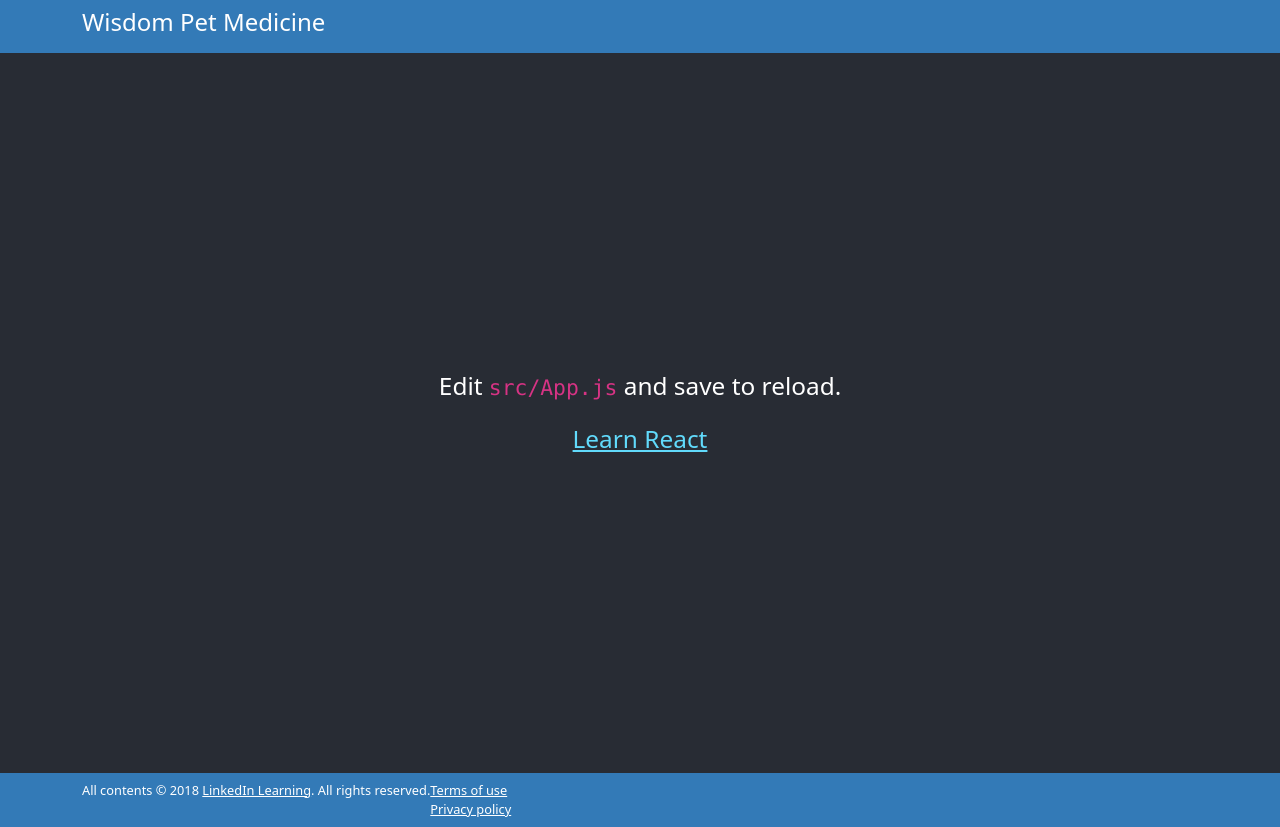
Repository: DevLuDaley/reactinterface
Page: /
The author's editor kept a copy of each file at every save. The page is drawn from the files as they stood at one save, then again after the next save.
The browser window is 1280 px wide. The pictures show the whole page.
The project was rebuilt for these pictures with package versions that can differ from the ones it lists, and the page was loaded fresh each time.

Above is the page before, as saved 2021-02-04 15:55:19.

### public/index.html
<!DOCTYPE html>
<html lang="en">
  <head>
    <meta charset="utf-8" />
    <link rel="icon" href="%PUBLIC_URL%/favicon.ico" />
    <meta name="viewport" content="width=device-width, initial-scale=1" />
    <meta name="theme-color" content="#000000" />
    <meta
      name="description"
      content="Web site created using create-react-app"
    />
    <link rel="apple-touch-icon" href="%PUBLIC_URL%/logo192.png" />
    <!--
      manifest.json provides metadata used when your web app is installed on a
      user's mobile device or desktop. See https://developers.google.com/web/fundamentals/web-app-manifest/
    -->
    <link rel="manifest" href="%PUBLIC_URL%/manifest.json" />
    <!--
      Notice the use of %PUBLIC_URL% in the tags above.
      It will be replaced with the URL of the `public` folder during the build.
      Only files inside the `public` folder can be referenced from the HTML.

      Unlike "/favicon.ico" or "favicon.ico", "%PUBLIC_URL%/favicon.ico" will
      work correctly both with client-side routing and a non-root public URL.
      Learn how to configure a non-root public URL by running `npm run build`.
    -->
    <title>React App</title>
  </head>
  <body>
    <noscript>You need to enable JavaScript to run this app.</noscript>
    <header class="container text-white">
      <h4 class="py-2">Wisdom Pet Medicine</h4>
    </header>

    <div id="root"></div>

    <footer class="container d-flex text-white py-2">
      <p>
        All contents &copy; 2018
        <a href="https://www.linkedin.com/learning">LinkedIn Learning</a>. All
        rights reserved.
      </p>
      <div class="ml-auto">
        <a class="d-block text-white" href="#">Terms of use</a>
        <a class="d-block text-white" href="#">Privacy policy</a>
      </div>
      <!-- col-md-6 -->
    </footer>
    <!-- footer -->
  </body>
</html>

### src/index.js
import React from 'react';
import ReactDOM from 'react-dom';
import 'bootstrap/dist/css/bootstrap.css'
import './css/index.css';
import App from './components/App';
import reportWebVitals from './reportWebVitals';
// import * as serviceWorker from './serviceWorker';
import 'jquery/dist/jquery'
import 'popper.js/dist/umd/popper'
import 'bootstrap/dist/js/bootstrap'

ReactDOM.render(
  <React.StrictMode>
    <App />
  </React.StrictMode>,
  document.getElementById('root')
);

// If you want to start measuring performance in your app, pass a function
// to log results (for example: reportWebVitals(console.log))
// or send to an analytics endpoint. Learn more: https://bit.ly/CRA-vitals
// serviceWorker.unregister()
reportWebVitals();

### src/components/App.js
// import logo from './logo.svg';
import '../css/App.css';

function App() {
  return (
    <div className="App">
      <header className="App-header">
        <p>
          Edit <code>src/App.js</code> and save to reload.
        </p>
        <a
          className="App-link"
          href="https://reactjs.org"
          target="_blank"
          rel="noopener noreferrer"
        >
          Learn React
        </a>
      </header>
    </div>
  );
}

export default App;

Loaded but not shown: src/css/index.css (common file); src/reportWebVitals.js (common file); src/css/App.css (common file)

After the next save:
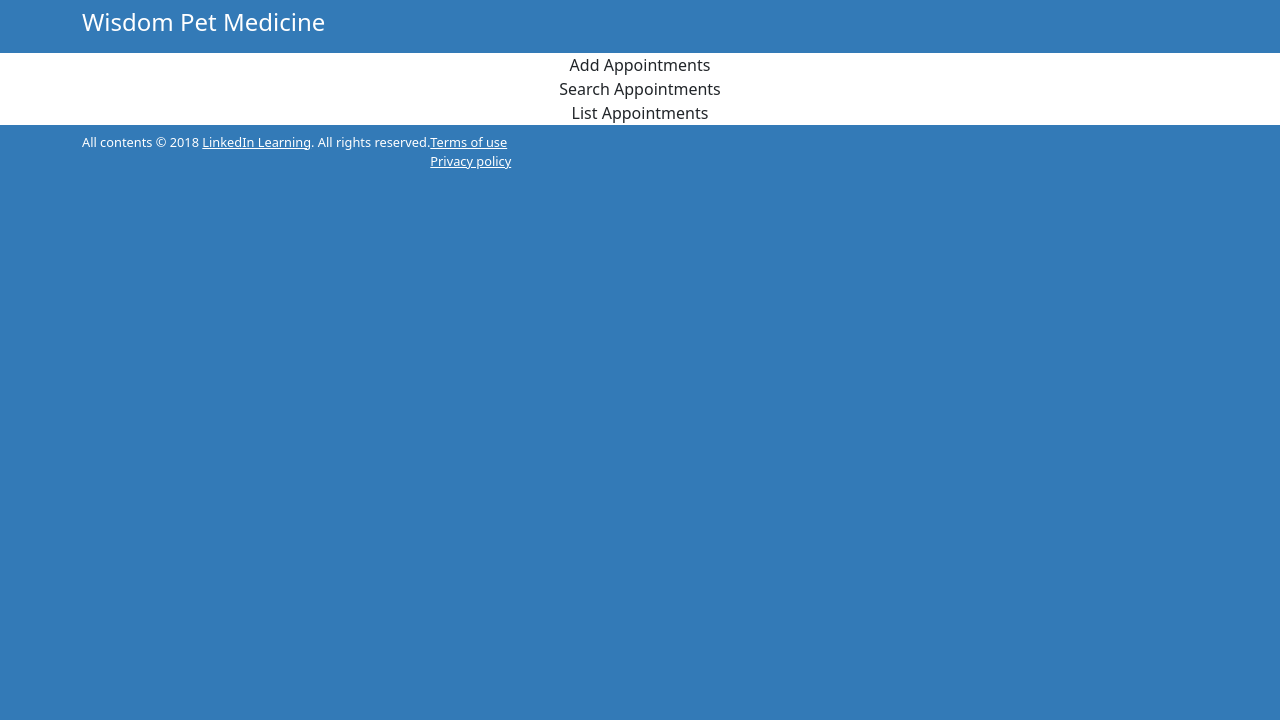
Saved 3 min 50 s later.
--- a/src/components/App.js
+++ b/src/components/App.js
@@ -1,22 +1,21 @@
-// import logo from './logo.svg';
 import '../css/App.css';
 
 function App() {
   return (
     <div className="App">
-      <header className="App-header">
-        <p>
-          Edit <code>src/App.js</code> and save to reload.
-        </p>
-        <a
-          className="App-link"
-          href="https://reactjs.org"
-          target="_blank"
-          rel="noopener noreferrer"
-        >
-          Learn React
-        </a>
-      </header>
+            <main class="page bg-white" id="petratings">
+        <div class="container">
+          <div class="row">
+            <div class="col-md-12 bg-white">
+              <div class="container">
+                <div>Add Appointments</div>
+                <div>Search Appointments</div>
+                <div>List Appointments</div>
+              </div>
+            </div>
+          </div>
+        </div>
+      </main>
     </div>
   );
 }
